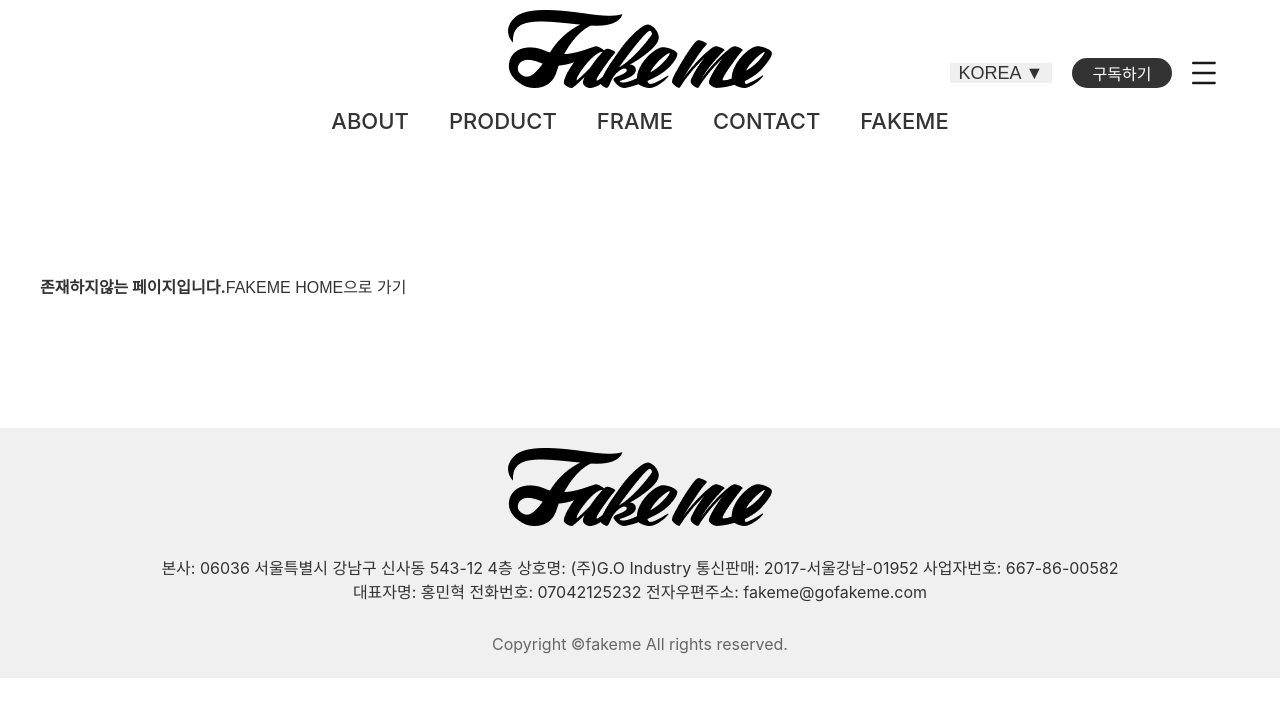
Repository: songjiwon17/fakeme_project
Page: /login
The author's editor kept a copy of each file at every save. The page is drawn from the files as they stood at one save, then again after the next save.
The browser window is 1280 px wide. The pictures show the whole page.
The project was rebuilt for these pictures with package versions that can differ from the ones it lists, and the page was loaded fresh each time. Also part of the build but not shown: src/data/tab.js, src/pages/Main.jsx, src/pages/About.jsx, src/data/product.js, src/pages/Product.jsx, src/pages/Frame.jsx, src/pages/Contact.jsx, src/pages/Fakeme.jsx.

Above is the page before, as saved 2023-11-27 21:24:57.

### src/index.js
import React from 'react';
import ReactDOM from 'react-dom/client';
import './index.css';
import App from './components/App';
import { BrowserRouter } from 'react-router-dom';

const root = ReactDOM.createRoot(document.getElementById('root'));
root.render(
  <React.StrictMode>
    <BrowserRouter>
      <App />
    </BrowserRouter>
  </React.StrictMode>
);

### src/components/App.js
import './App.css';
import {Routes, Route, Link} from "react-router-dom";
import { Header } from '../pages/Header';
import { Footer} from '../pages/Footer';
import { Main } from '../pages/Main';
import AboutCompany, { About, AboutMember } from '../pages/About';
import { Product } from '../pages/Product';
import { Frame } from '../pages/Frame';
import { Contact } from '../pages/Contact';
import { Fakeme } from '../pages/Fakeme';
import { LocaleProvider } from '../contexts/LocaleContext';
import NotFoundPage from '../pages/NotFoundPage';

function App() {
  return (
    <LocaleProvider defaultValue={'ko'}>
    <div className='main'>
      <Header />
      <Routes>
        <Route path='/' element={<Main />} />
        <Route path='/about' element={<About />}>
          <Route path='company' element={<AboutCompany />} />
          <Route path='member' element={<AboutMember />} />
        </Route>
        <Route path='/product' element={<Product />} />
        <Route path='/frame' element={<Frame />} />
        <Route path='/contact' element={<Contact />} />
        <Route path='/fakeme' element={<Fakeme />} />
        <Route path='*' element={<NotFoundPage />} />
      </Routes>
      <Footer />
    </div>
    </LocaleProvider>
  );
}
export default App;

### src/components/App.css
@import url('https://fonts.googleapis.com/css2?family=Inter:wght@400;500;700&display=swap');

*{
  padding: 0; margin: 0; box-sizing: border-box;
  font-size: 16px; color: #333;
}
ul{list-style: none;}
a{text-decoration: none;}
img{display: block; border: none;}
button{border: none; background-color: transparent; cursor: pointer;}

/* base */

.content{width: 100%; padding: 130px 0;}
.inner{width: 1200px; margin: 0 auto;}
.wrap{display: flex; flex-wrap: wrap; justify-content: flex-start; align-items: center;}
.content .title{margin: 0 0 20px; font-size: 28px; text-transform: uppercase; text-align: center;}
.content .txt{margin: 0 0 40px; text-align: center; color: #777;}

/* NotFoundPage */
.NotFoundinner{width: 1200px; margin: 0 auto; display: flex; align-items: center;}

@media screen and (max-width:1200px) {
  .content{padding: 100px 30px;}
  .inner{width: 100%;}
  .gnb{display: none;}
}
@media screen and (max-width:960px) {
  .content{padding: 80px 20px;}
  .inner{width: 100%;}
  .gnb{display: none;}
}
@media screen and (max-width:480px) {
  .content{padding: 60px 20px;}
  .inner{width: 100%;}
  .gnb{display: none;}
}

/* header */

header{position: relative; width: 100%; padding-top: 10px;}
header .logo img{margin: 0 auto 10px;}
header .top_nav{
  position: absolute; right: 5%; top: 40%;
  display: flex; align-items: center;
}
header .lang{font-size: 18px; font-weight: 500; text-align: center; cursor: pointer;}
header .lang::after{
  position: absolute; left: 0; bottom: 0;
  content: '';
  width: 60px; height: 1px; background-color: #333;
}
select{
  border: none; border-radius: none;
  -webkit-appearance: none; -moz-appearance: none; appearance: none;
}
select:focus{outline: 0;}

header .top_nav .subcribe{width: 100px; height: 30px; margin: 0 20px; border-radius: 20px; background-color: #333; color: #fff;}
header .top_nav .subcribe:hover{border: 1px solid #333; background-color: #fff; color: #333; transition: 0.2s;}
header .panel{cursor: pointer;}

/* gnb */

.gnb .wrap{justify-content: center;}
.gnb > ul > li{padding: 10px 20px;}
.gnb > ul > li a{
  font-size: 22px; font-weight: 500;
  text-transform: uppercase;
}

/* visual */

.visual{width: 100%; height: 700px; background-image: url(/public/images/main_01.png); background-repeat: no-repeat; background-position: center;background-size: cover;}
.visual img{width: 100%; height: 100%;}

/* fakeme23 */

.fakeme23 .tab_btn{width: 100%; text-align: center;}
.fakeme23 .tab_btn > a{
  display: inline-block;
  width: 100px; margin: 0 10px 40px; border-radius: 15px; border: 1px solid #999;
  font-size: 16px; line-height: 30px; text-align: center; transition: 0.5s; color: #999;
}
.fakeme23 .tab_btn > a:hover{background-color: #333; border-color: #333; color: #fff;}
.fakeme23 .pic{width: 280px; margin: 0 10px 20px;}
.fakeme23 .pic img{width: 100%; height: 100%;}

@media screen and (max-width: 1200px) {
  .fakeme23 .pic{width: 22.5%; margin: 1% 10px;}
}
@media screen and (max-width: 960px) {
  .fakeme23 .wrap{justify-content: center;}
  .fakeme23 .pic{width: 37.5%; margin: 1.5% 10px;}
}
@media screen and (max-width: 768px) {
  .fakeme23 .pic{width: 47%; margin: 1.5% 20px;}
}

/* about */

.about .pic{width: 580px; height: 300px; margin: 60px 0 100px;}
.about .wrap:first-of-type .pic{width: 580px; height: 600px;}
.about img{width: 100%; height: 100%;}
.about .info{display: flex; flex-direction: column; justify-content: center; align-items: flex-start; width: 580px; height: 300px; padding: 25px;}
.about h3{margin-bottom: 28px; font-size: 28px;}
.about .txt{font-size: 16px; line-height: 30px; text-align: left;}
.about .wrap:nth-of-type(2) .pic{order: 1;}

@media screen and (max-width:1200px) {
  .about .wrap{justify-content: center;}
}

/* banner */

.banner{
  position: relative;
  width: 100%; height: 350px; padding: 280px 0;
  background-image: url(/public/images/banner_add.png); background-repeat: no-repeat; background-position: center;
}
.banner h3{
  position: absolute; left: 50%; top: 50%; transform: translate(-50%,-50%);
  font-size: 28px; font-weight: 700; color: #fff;
}

/* best */

.best{width: 100%; padding: 220px 0;}
.best .txt{margin-bottom: 60px;}
.best .box{width: 380px; height: 400px; margin-bottom: 20px;}
.best img{width: 100%; height: 100%;}
.best .box h4{width: 100%; height: 100%; display: flex; justify-content: center; align-items: center;}

@media screen and (max-width:1200px) {
  .best .box{width: 48.5%; height: 100%;}
}
@media screen and (max-width:768px) {
  .best .box{width: 100%; height: 100%;}
}

/* footer */

footer{width: 100%; height: 250px; background-color: #F0F0F0;}
footer .inner{display: flex; flex-direction: column; justify-content: center; align-items: center; padding: 20px;}
footer .txt{margin-top: 30px; line-height: 24px; font-size: 16px; font-weight: 400; text-align: center;}
footer .copyright{margin-top: 30px; font-size: 16px; color: #666;}


/* main_manu */

/* product */
.product .tab_btn a{
  display: inline-block;
  width: 100px; margin: 0 10px 40px; border-radius: 15px; border: 1px solid #999;
  font-size: 16px; line-height: 30px; text-align: center; transition: 0.5s; color: #999;
}
.product .tab_btn > a:hover{background-color: #333; border-color: #333; color: #fff;}
.product .ProductBox{width: 270px; margin: 0 30px 30px 0;}
.product .ProductBox img{width: 100%; height: 100%;}

/* about */

.about_f .wrap{justify-content: center;}
.about_f .menu button{
  width: 100px; margin: 0 10px 40px; border-radius: 15px; border: 1px solid #999;
  font-size: 16px; line-height: 30px; text-align: center; transition: 0.5s; color: #999;
}
.about_f .menu button:hover{background-color: #333; border-color: #333; color: #fff;}

.about_f .box.company{width: 100%; padding-top: 50px; border: 1px solid #333;}
.about_f .wrap{margin-bottom: 50px; flex-direction: column;}
.about_f .title{margin: 40px 0; font-size: 22px; color: #666;}
.about_f .txt{font-size: 14px; color: #999;}

.about_f .member{width: 100%; height: 400px; background-color: coral;}

### src/pages/Header.jsx
import {Link, NavLink} from 'react-router-dom';
import LocaleSelect from '../components/LocaleSelect';
import useTranslate from '../hokks/useTranslate';

function getLinkStyle({isActive}){
  return{
    textDecoration: isActive? 'underline' : undefined,
  }
}

export function Header(){
  const t = useTranslate();

    return(
        <header>
        <div className='inner'>
          <h1 className='logo'><Link to='/'><img src="/images/logo/logo_fakeme.png" alt='상단fakeme로고이미지'></img></Link></h1>
          <div className='gnb'>
            <ul className='wrap'>
              <li><NavLink to ='/about' style={getLinkStyle}>about</NavLink></li>
              <li><NavLink to ='/product' style={getLinkStyle}>product</NavLink></li>
              <li><NavLink to ='/frame' style={getLinkStyle}>frame</NavLink></li>
              <li><NavLink to ='/contact' style={getLinkStyle}>contact</NavLink></li>
              <li><NavLink to ='/fakeme' style={getLinkStyle}>fakeme</NavLink></li>
            </ul>
          </div>
        </div>
        <div className='top_nav'>
          <LocaleSelect/>
          <button type='button' className='subcribe'>{t('subscribe button')}</button>
          <div className='panel' onClick={()=>{
            console.log('test');

            }}><img src='/images/panel_icon.png' alt='패널아이콘'/></div>
        </div>
      </header>
    )
}

### src/pages/Footer.jsx
export function Footer(){
    return(
        <footer>
        <div className='inner'>
          <h1 className='logo'><img src="/images/logo/logo_fakeme.png" alt='하단fakeme로고이미지'></img></h1>
          <p className='txt'>
            본사: 06036 서울특별시 강남구 신사동 543-12 4층 상호명: (주)G.O Industry  통신판매: 2017-서울강남-01952 사업자번호: 667-86-00582<br/>
            대표자명: 홍민혁 전화번호: 07042125232 전자우편주소: fakeme@gofakeme.com
          </p>
          <p className='copyright'>Copyright ©fakeme All rights reserved.</p>
        </div>
      </footer>
    )
}

### src/contexts/LocaleContext.js
import { createContext, useContext, useState } from "react";

const LocaleContext = createContext();

export function LocaleProvider({defaultValue = 'ko', children}){
    const [locale, setLocale] = useState(defaultValue);
    return(<LocaleContext.Provider value={{locale, setLocale}}>{children}</LocaleContext.Provider>)
}

export function useLocale(){
    const context = useContext(LocaleContext);
    if(!context){
        throw new Error('반드시 LocaleProvider 안에서 사용해야 합니다.');
    }
    return context.locale;
}

export function useSetLocale(){
    const context = useContext(LocaleContext);
    if(!context){
        throw new Error('반드시 LocaleProvider 안에서 사용해야 합니다.');
    }
    return context.setLocale;
}

### src/pages/NotFoundPage.jsx
import {Link} from 'react-router-dom';

function NotFoundPage(){
    return(
        <div className='content'>
            <div className='NotFoundinner'>
                <h3>존재하지않는 페이지입니다.</h3>
                <Link to='/'><button>FAKEME HOME으로 가기</button></Link>
            </div>
        </div>
    )
}

export default NotFoundPage;

### src/components/LocaleSelect.js
import { useLocale, useSetLocale } from "../contexts/LocaleContext";

function LocaleSelect(){
    const locale = useLocale();
    const setLocale = useSetLocale();

    const handleChange = (e)=>setLocale(e.target.value);

    return(
        <select className='lang' value={locale} onChange={handleChange}>
            <option value='ko'>KOREA ▼</option>
            <option value='en'>ENGLISH ▼</option>
        </select>
    )
}

export default LocaleSelect;

### src/hokks/useTranslate.js
import { useLocale } from "../contexts/LocaleContext";

const dict = {
    ko: {
        'subscribe button' : '구독하기',
        'company button' : '회사소개',
        'member button' : '멤버소개',
        'title_01' :
        '페이크미는 아름다움의 다양함을 환기시키는 흥미로운 브랜드 입니다.',
        'title_02' :
        '가림과 변화, 시선과 응시',
        'txt_01':
        '우리는 디자인을 하고 제품을 만들어 냅니다. 제품은 아름다워야 하며, 디자인은 선의(善意)를 가지고 있어야 합니다. 디자인이 가진 직접적인 선의는 최신 트랜드를 홍보하는 것이 아니라, 폭넓고 다양한 아름다움에 대해 이야기하는 것이라 믿습니다. 그로써 미(美)의 기준을 넓혀갈 수 있게 도움을 주는 것입니다. 그렇게 얻은 아름다움에 대한 절차의 정당성을 확보하고, 정통성을 가질 수 있게 하는 것. 이것이 페이크미가 하고 있는 일입니다.',
        'txt_02':
        '아이웨어는 주체와 타자사이에 존재하는 제3의 요소입니다. 그렇기에 아이웨어는 주체를 보고 있는 타자와 타자에게 보여지는 주체와의 관계 속에서만 기능합니다. 위와 같은 관계의 특성을 시각화함으로 "가림과 변화", "시선과 응시"의 의미를 제품과 디자인으로 표현합니다. 이러한 페이크미의 행동이 사용자에게 스스로를 즐겁게 찾아 갈 수 있는 영감이 되길 희망합니다.',
        'txt_03':
        '페이크미가 생각하는 소비자는 브랜드의 환상을 소비하는 사람도 아니며, 트렌드에 맞게 변해야 하는 대상도 아닙니다. 온전하게 당신다움으로 충분히 아름답다는 것을 인정하는 사람들이길 바랍니다. 그들과 함께 "이것도 아름다울 수 있는가?"에 대한 합당한 동의를 얻어 가려합니다. 이같은 태도가 페이크미를 차별화시키며, 유지시키는 힘입니다.',
        'main_txt_01':
        '가림과 변화, 시선과 응시 의미를 제품과 디자인으로 표현합니다. 페이크미의 행동이 사용자에게 스스로를 즐겁게 찾아 갈 수 있는 영감이 되길 희망합니다.',
        'main_txt_02':
        '페이크미가 생각하는 소비자는 브랜드의 환상을 소비하는 사람, 변해야 하는 대상도 아닙니다. 온전하게 당신다움으로 충분히 아름답다는 것을 인정하는 사람들이길 바랍니다.',
    },

    en: {
        'subscribe button' : 'Sub',
        'company button' : 'Company',
        'member button' : 'Member',
        'title_01' :
        'FAKEMe is an interesting brand that evokes the variety of beauty.',
        'title_02' :
        'Covering and Changing, Looking and Staring',
        'txt_01' :
        'We design and create products. The product should be beautiful, and the design should have good intentions (善意). The direct goodwill of design is not to promote the latest trends, I believe we are talking about a wide range of beauty. This is to help you expand the standards of beauty. Securing the legitimacy of the procedure for the beauty obtained in that way, To be able to have legitimacy. This is what Fake Me is doing.',
        'txt_02' :
        'Eyewear is the third element that exists between the subject and the other. So, eyewear is something that is shown to the other and the other who is looking at the subject It only functions in relation to the subject. By visualizing the characteristics of the relationship above It expresses the meaning of "cover and change" and "look and gaze" with products and designs. This Fake Me is behavior has been shown to the user  I hope it will be an inspiration to find myself happily.',
        'txt_03':
        'The consumer that Fake Me thinks is not someone who consumes the illusion of the brand, It is not even something that needs to change with the trend. I hope they acknowledge that you are beautiful enough to be intact. With them, I am going to get a reasonable agreement on "Can this be beautiful too?" This attitude is the power to differentiate and maintain fake beauty.',
        'main_txt_01':
        'It expresses the meaning of cover and change, gaze and gaze with products and designs. We hope that FAKEME is actions will inspire users to find themselves enjoyable.',
        'main_txt_02':
        'The consumer that Fake Me thinks is It is not someone who consumes the illusion of a brand, nor is it an object that needs to change. I hope they acknowledge that you are beautiful enough to be intact.',
    }
}
function useTranslate(){
    const locale = useLocale();
    const translate = (key)=>dict[locale][key] || '';
    return translate;
}
export default useTranslate;

Loaded but not shown: public/index.html (common file); src/index.css (common file)

After the next save:
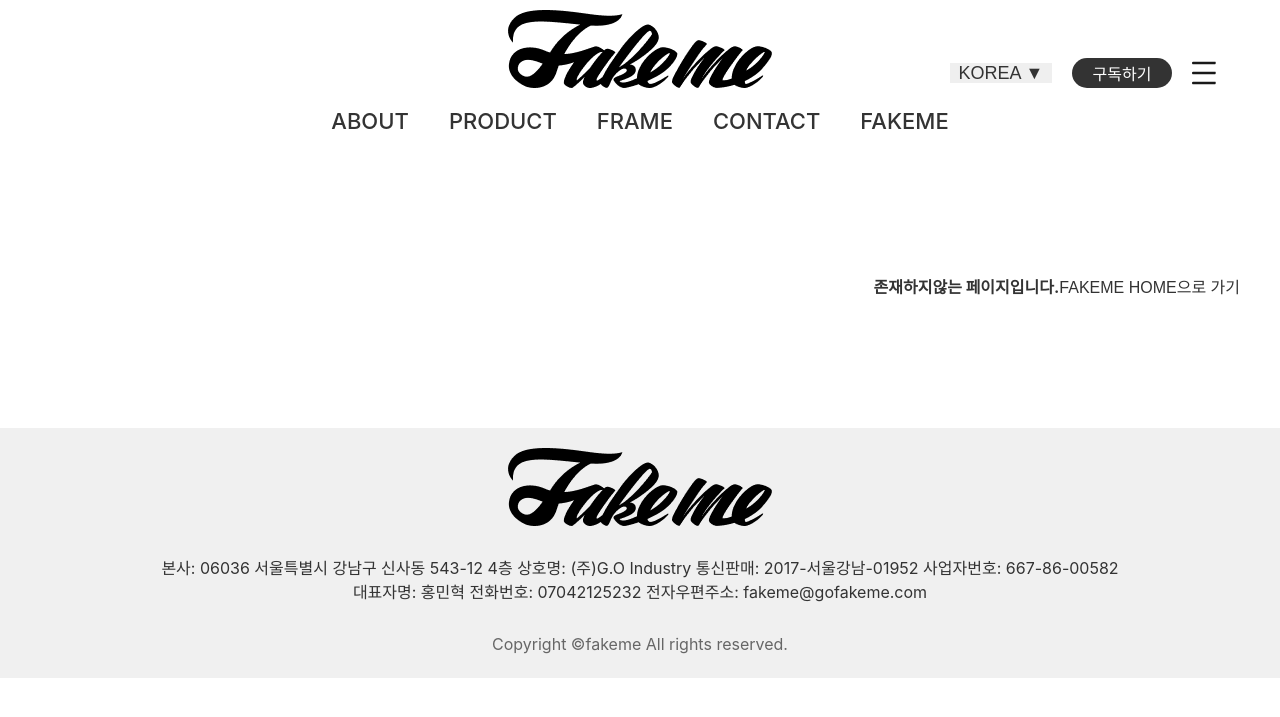
Saved 10 s later.
--- a/src/components/App.css
+++ b/src/components/App.css
@@ -18,7 +18,7 @@
 .content .txt{margin: 0 0 40px; text-align: center; color: #777;}
 
 /* NotFoundPage */
-.NotFoundinner{width: 1200px; margin: 0 auto; display: flex; align-items: center;}
+.NotFoundinner{width: 1200px; margin: 0 auto; display: flex; justify-content: flex-end; align-items: center;}
 
 @media screen and (max-width:1200px) {
   .content{padding: 100px 30px;}
